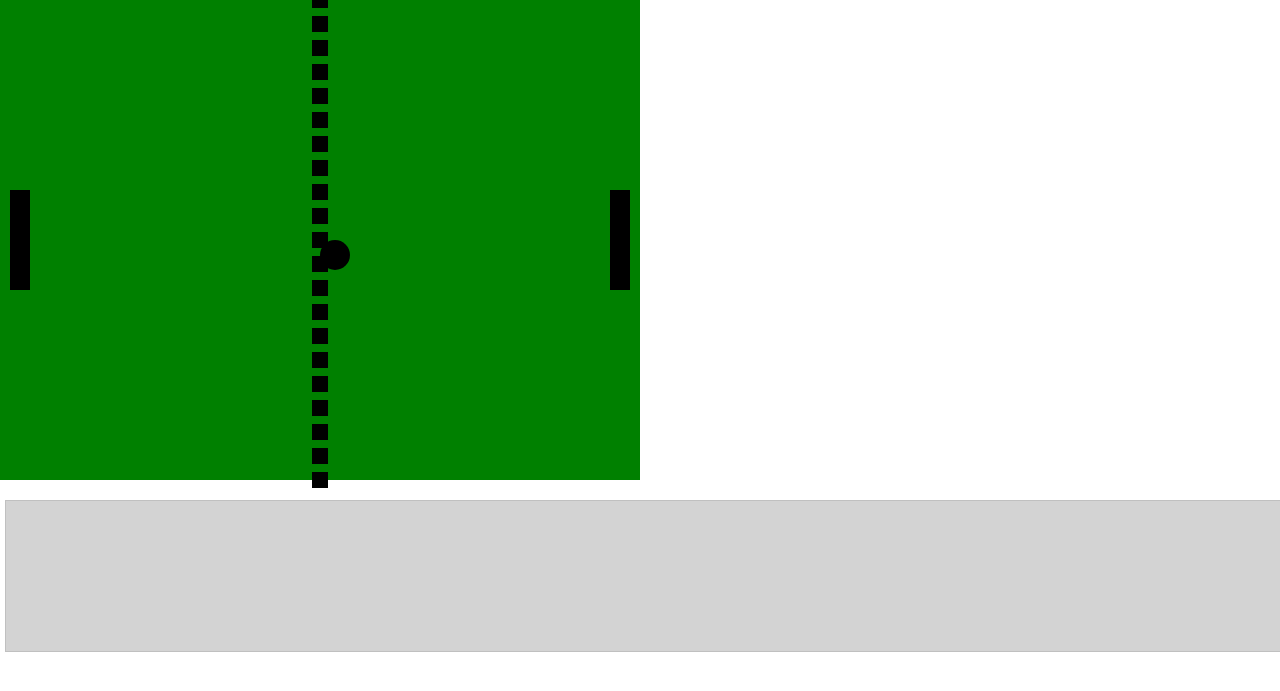
Repository: fun-redoc/creuselatete
Page: paddle.html
The author's editor kept a record of every edit. The page is drawn from the files as they stood at one moment, then again after the next edit.
The browser window is 1280 px wide. The pictures show the whole page.

Above is the page before.
Console error: TypeError: $ball.width is not a function

After the next edit:
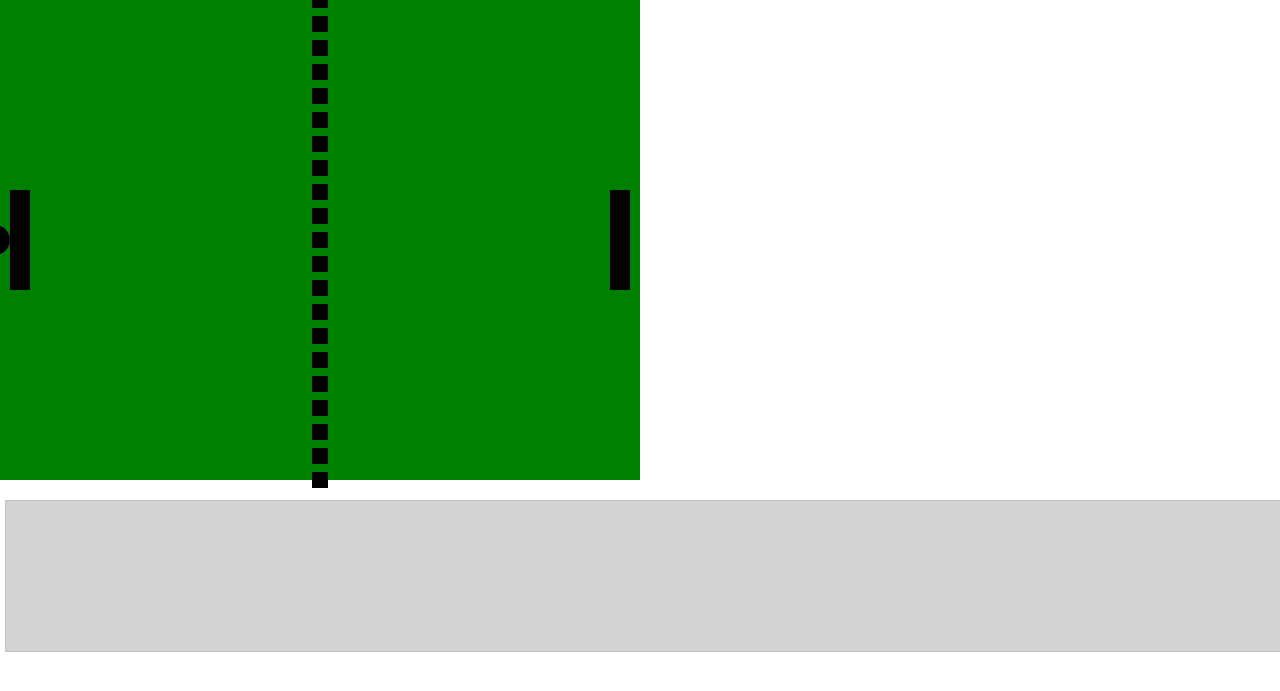
The error is gone.
The edit:
--- a/paddle.html
+++ b/paddle.html
@@ -156,8 +156,8 @@
                   direction: {x:0,y:0},
                   radius: ($ball.width / 2),
                   speed: 0, // px per second
-                  width:$ball.width(),
-                  height:$ball.height(),
+//                  width:$ball.width(),
+//                  height:$ball.height(),
                   serve: function(x,y,v,dir) {
                     this.direction = dir
                     this.speed = v/1000
